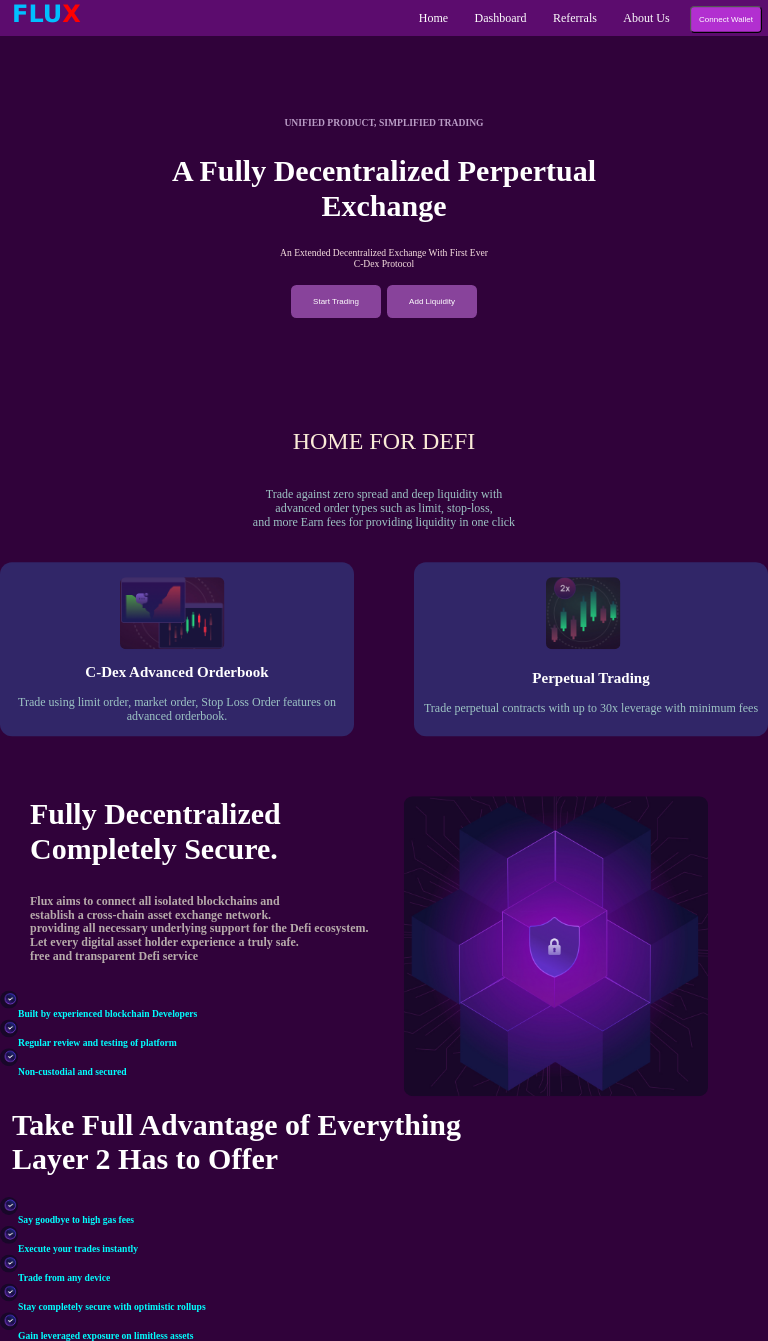
Repository: Tobby004/Flux-figma
Page: index.html
These files come from the project's save history. The page is drawn as it stood at one moment and after the next save; the edit follows.
The browser window is 1280 px wide. The pictures show the whole page, at 60% of full size.

Above is the page before, as saved 2023-04-22 08:28:17.

After the next save:
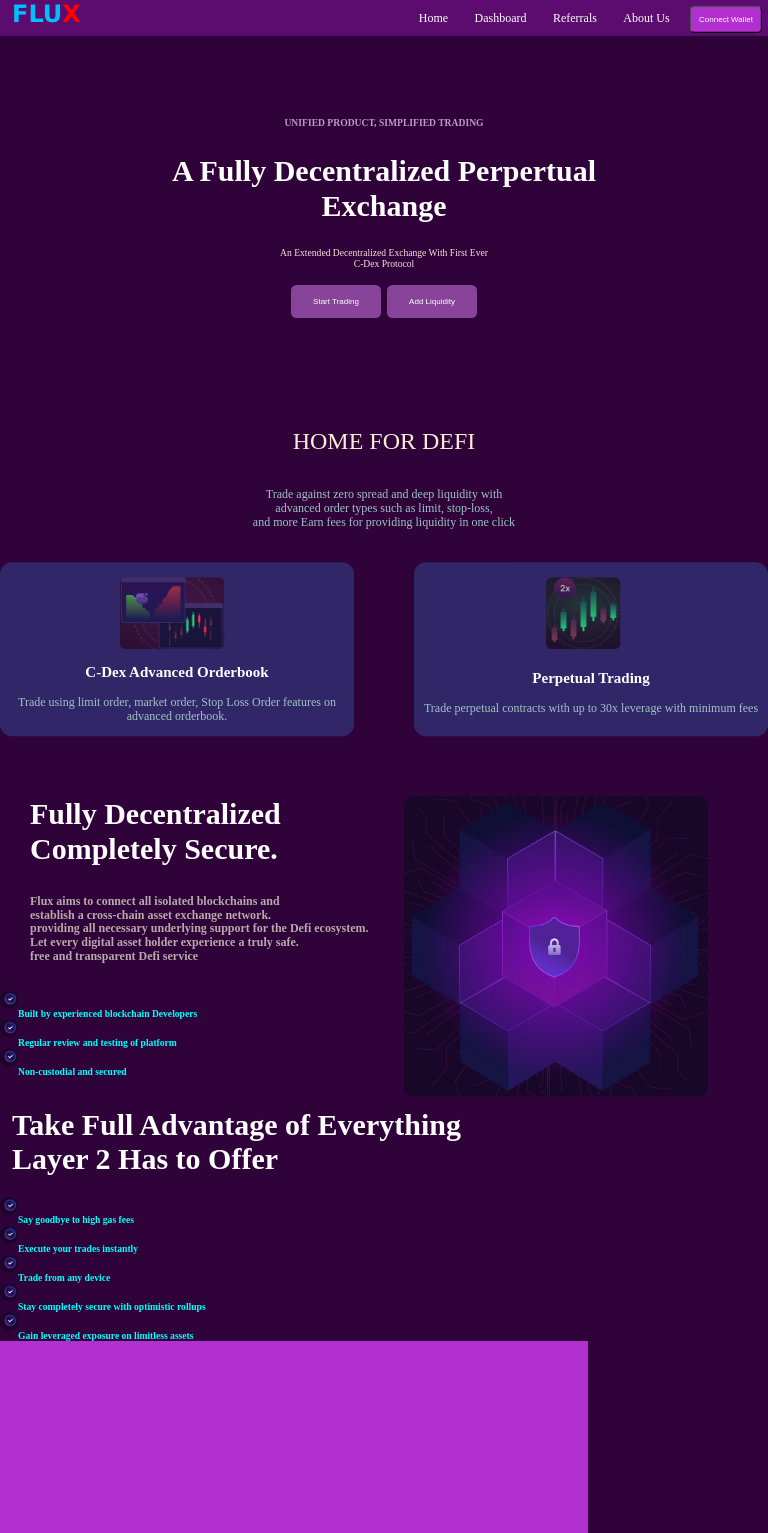
Saved 3 min 58 s later.
--- a/index.html
+++ b/index.html
@@ -65,5 +65,8 @@
         <img src="img4.jpg"><b>Stay completely secure with optimistic rollups</b>
         <img src="img4.jpg"><b>Gain leveraged exposure on limitless assets</b>
     </div>
+    <div class="box3">
+
+    </div>
 </body>
 </html>
--- a/style.css
+++ b/style.css
@@ -174,3 +174,8 @@ h1 {
     margin-top: 50px;
     margin-left: 20px;
 }
+.box3 {
+    height: 320px;
+    width: 980px;
+    background: #b22fd0;
+}
